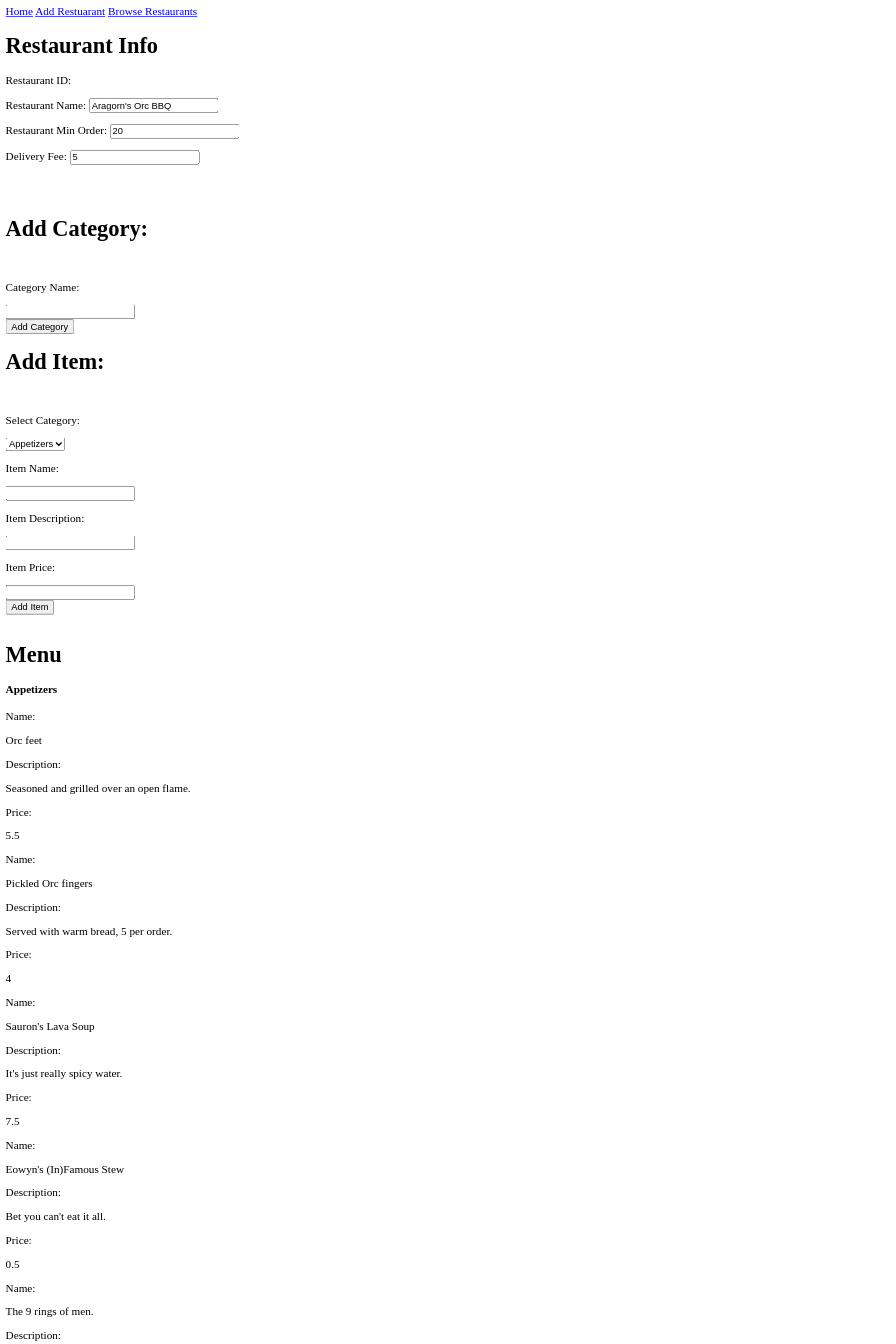
Repository: hudaali14/Carleton
Page: http://localhost/restaurants/0
The author's editor kept a copy of each file at every save. The page is drawn from the files as they stood at one save, then again after the next save.
The browser window is 1280 px wide. The pictures show the part of the page from y = 0 to 1920 px (the page is 3989 px tall before and 3937 px after), at 70% of full size.
The page is served by the project's Node server (server.js).

Above is the page before, as saved 2020-03-13 15:20:06.
Console error (its wording comes from the project's code and is left out).

After the next save:
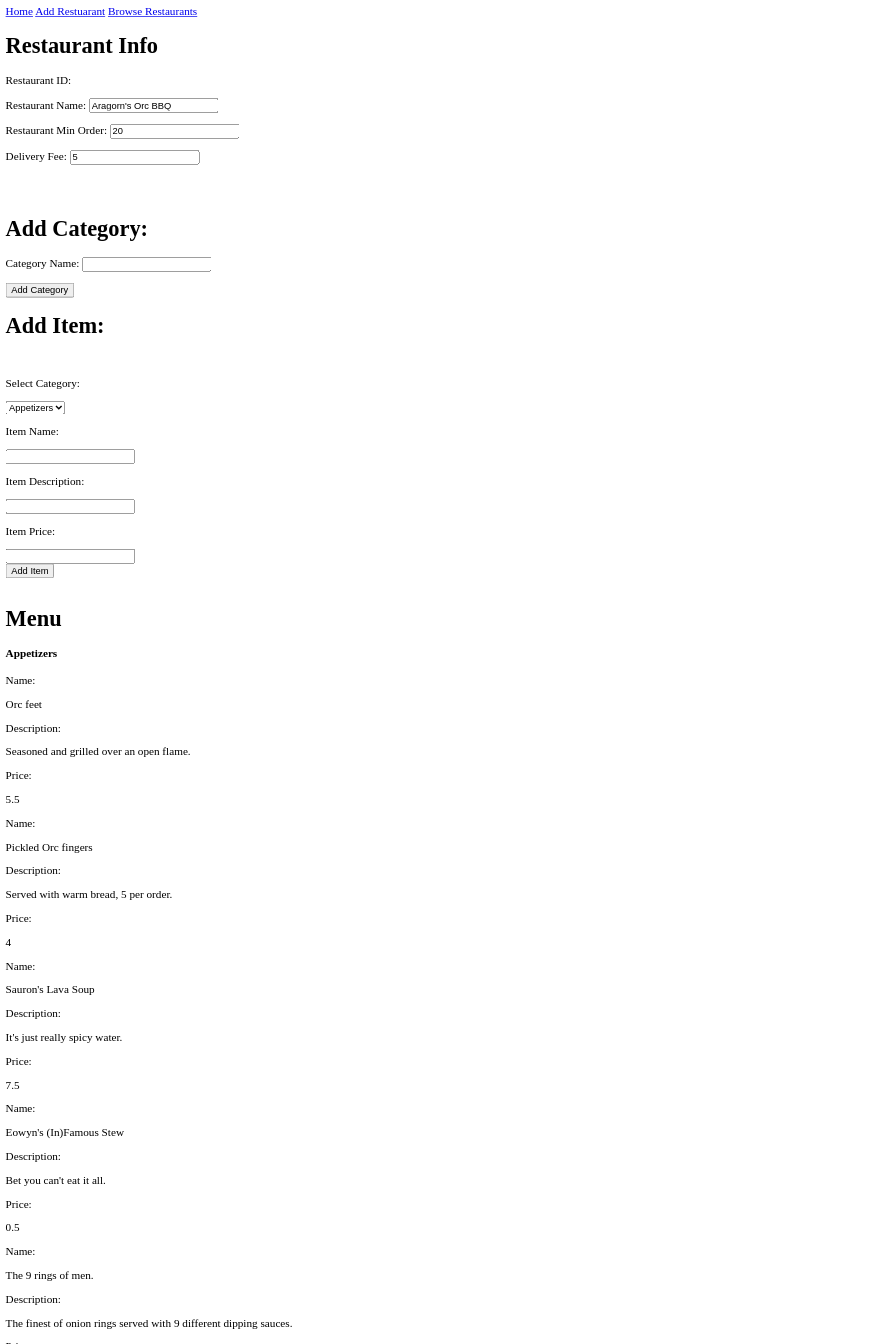
Saved 30 s later.
--- a/2406/Assignments/Assignment3 (100)/views/pages/restaurantpage.pug
+++ b/2406/Assignments/Assignment3 (100)/views/pages/restaurantpage.pug
@@ -18,12 +18,9 @@ body
     br
 
     h1 Add Category:
-    br
     p
         | Category Name:
-    input(type= "text", id="category")
-    br
-
+        input(type= "text", id="category")
     button(type="button", id="categorybutton") Add Category
 
 
